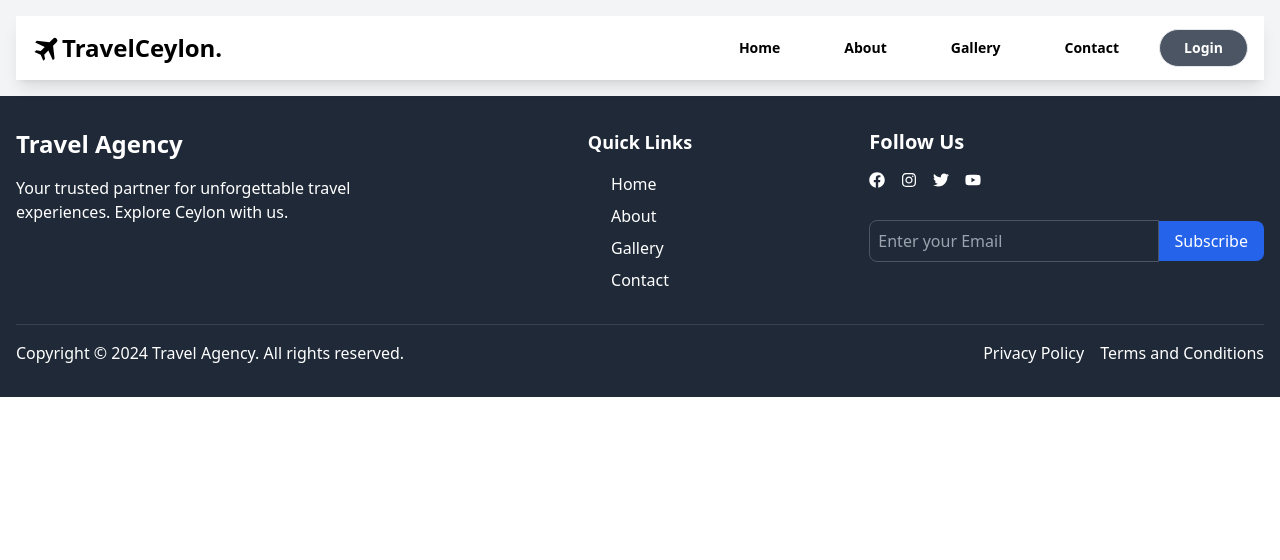
Repository: thisara199/Travel-Agency-Website
Page: /contact
The author's editor kept a copy of each file at every save. The page is drawn from the files as they stood at one save, then again after the next save.
The browser window is 1280 px wide. The pictures show the whole page.
The project was rebuilt for these pictures with package versions that can differ from the ones it lists, and the page was loaded fresh each time. Also part of the build but not shown: vite.config.js, src/components/HeroSection/HeroSection.jsx, src/components/FeaturedDestination/FeaturedDestination.jsx, src/components/Testimonials/Testimonials.jsx, src/components/Banner/Banner.jsx, src/pages/Home.jsx, src/components/TeamMembers/TeamMembers.jsx, src/pages/About.jsx.

Above is the page before, as saved 2024-09-04 19:40:23.

After the next save:
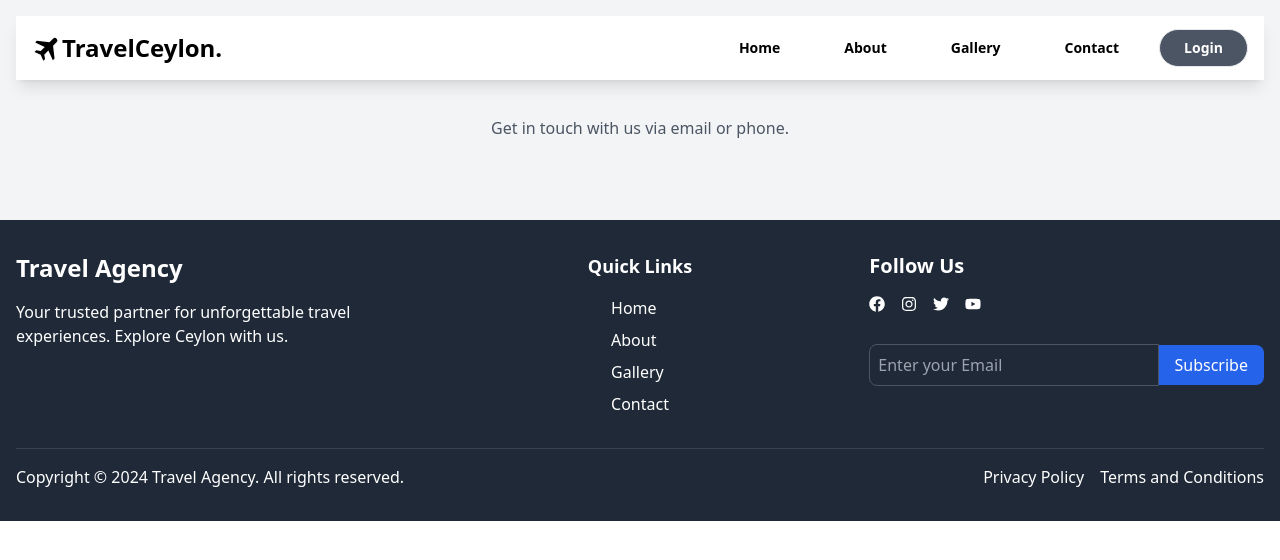
Saved 22 s later.
--- a/src/pages/Contact.jsx
+++ b/src/pages/Contact.jsx
@@ -4,7 +4,8 @@ const Contact = () => {
   return (
     <div className="py-12 bg-gray-100">
         <div className="container px-4 mx-auto">
-
+            <h2 className="mb-8 text-3xl font-bold text-center">Contact Us</h2>
+            <p className="mb-8 text-center text-gray-600">Get in touch with us via email or phone.</p>
         </div>
     </div>
   )
